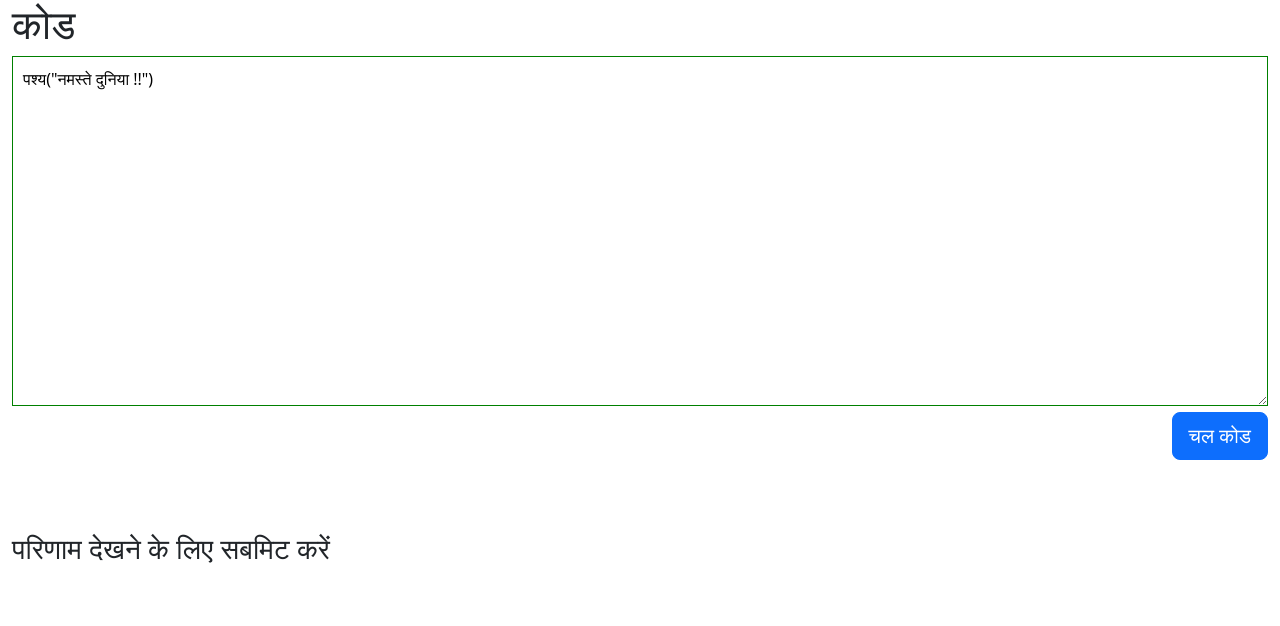
Repository: Vivek3072/webapp_shuniya_code.com
Page: /
An editor plug-in stored every save of this project. The page is shown before and after the next save, followed by the edit.
The browser window is 1280 px wide. The pictures show the whole page.
The project was rebuilt for these pictures with package versions that can differ from the ones it lists, and the page was loaded fresh each time. Also part of the build but not shown: src/components/Login.js, src/components/Singup.js. Imported but missing from the stored project, and not drawn on this page: src/axiosApi.

Above is the page before, as saved 2021-02-27 22:22:45.

After the next save:
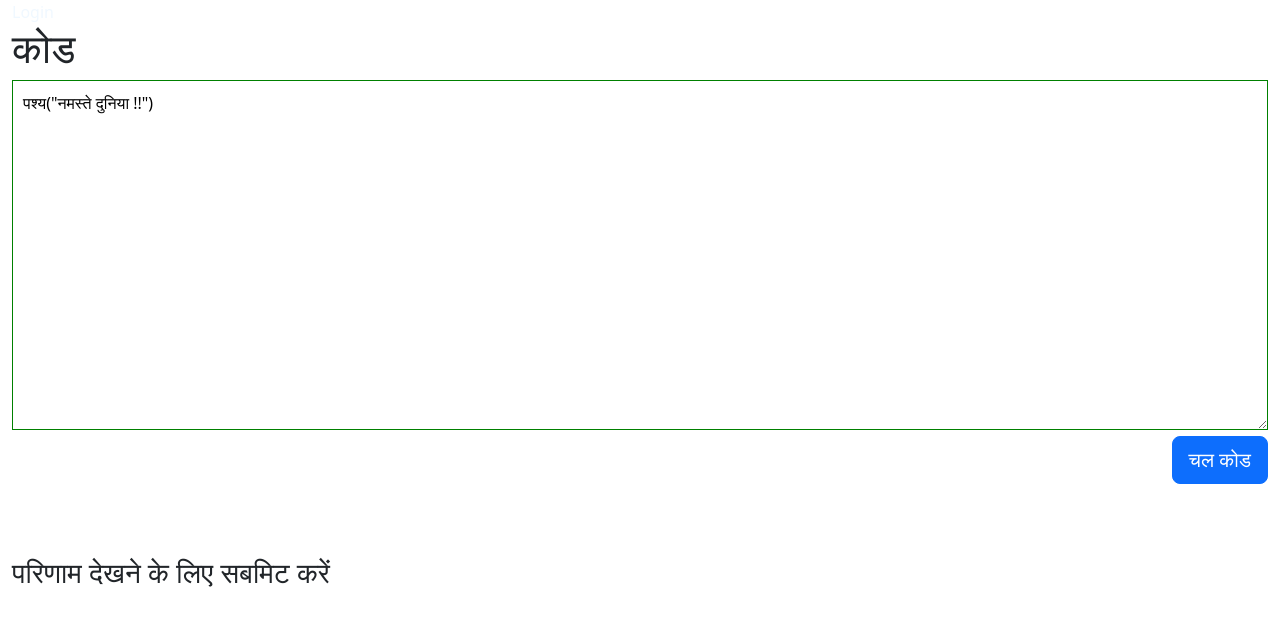
Saved 54 min 16 s later.
--- a/src/App.js
+++ b/src/App.js
@@ -40,10 +40,15 @@ class App extends Component {
         console.log(token)
         return (
             <div className="container-fluid ">
-                {/* <nav>
-                {token ? <button onClick={this.handleLogout}>Logout</button>:<Link to="/login">Login</Link> }
+                <nav>
+                {token ?
+                <div>
+                    <i className="fas fa-user"></i>
+                <button onClick={this.handleLogout}>Logout</button>
+                </div>
+                :<Link to="/login">Login</Link> }
 
-                </nav> */}
+                </nav>
                     <Switch>
                         <Route exact path="/" component={home}  />
                         <Route exact path={"/login/"} component={Login}/>
